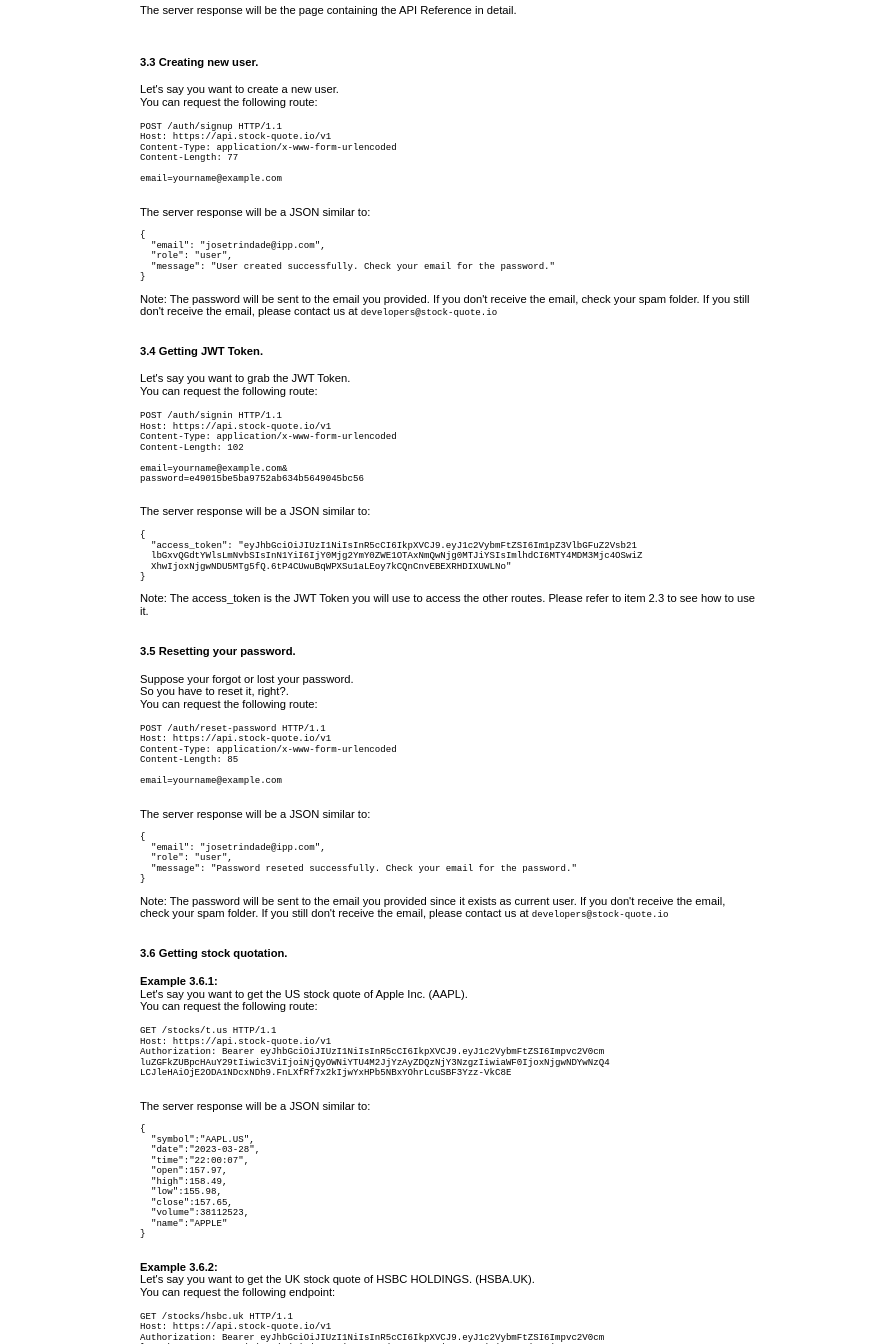
Repository: miguelamello/nest-js
Page: stock-service/documentation.html
These files come from the project's save history. The page is drawn as it stood at one moment and after the next save; the edit follows.
The browser window is 1280 px wide. The pictures show the part of the page from y = 2233 to 4153 px (the page is 6901 px tall before and 6916 px after), at 70% of full size.

Above is the page before, as saved 2023-04-03 14:08:32.

After the next save:
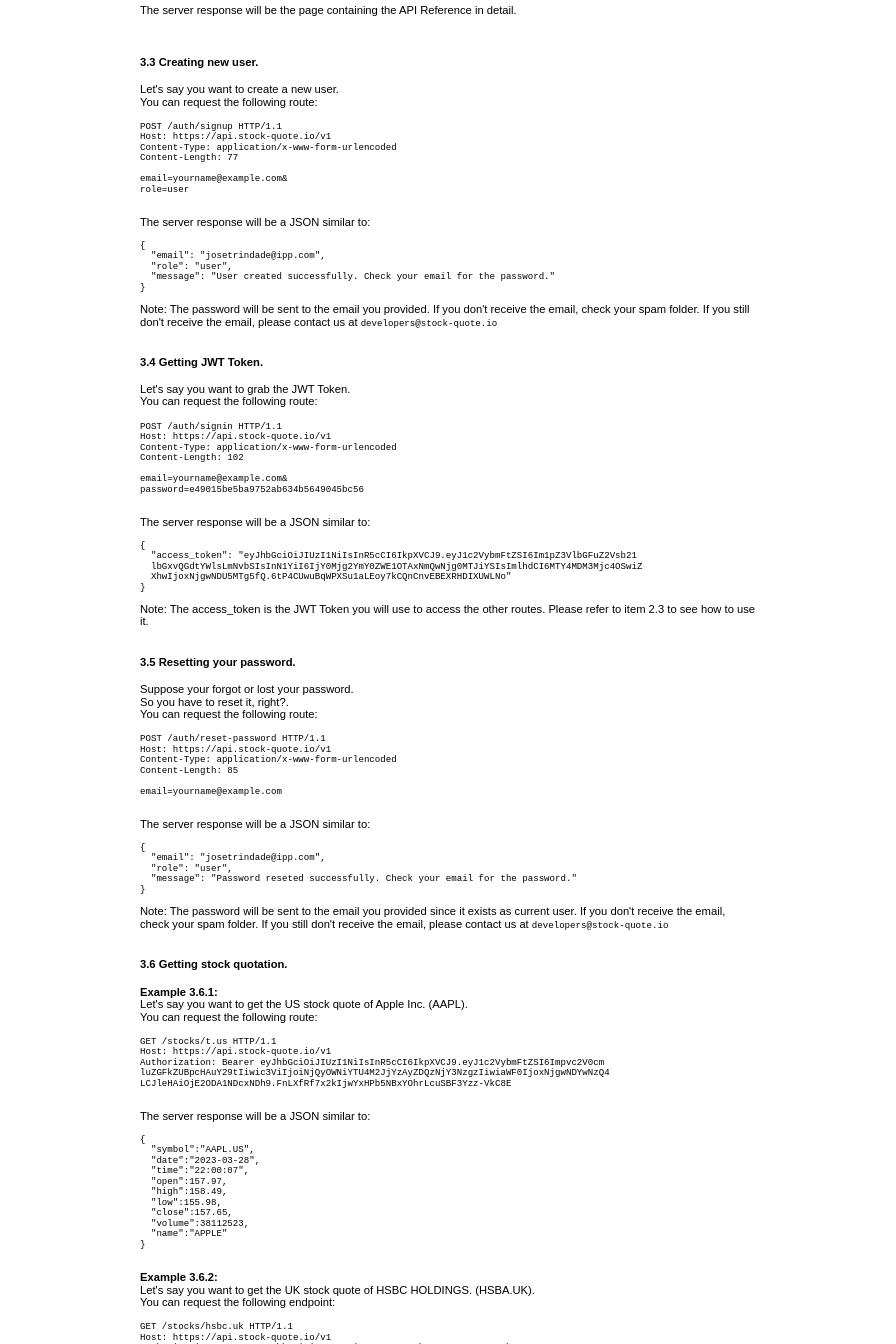
Saved 3 min 9 s later.
--- a/stock-service/documentation.html
+++ b/stock-service/documentation.html
@@ -191,7 +191,8 @@ Host: https://api.stock-quote.io/v1
 Content-Type: application/x-www-form-urlencoded
 Content-Length: 77
 
-email=yourname@example.com
+email=yourname@example.com&
+role=user
     </pre>
 
     <p>The server response will be a JSON similar to:</p>
